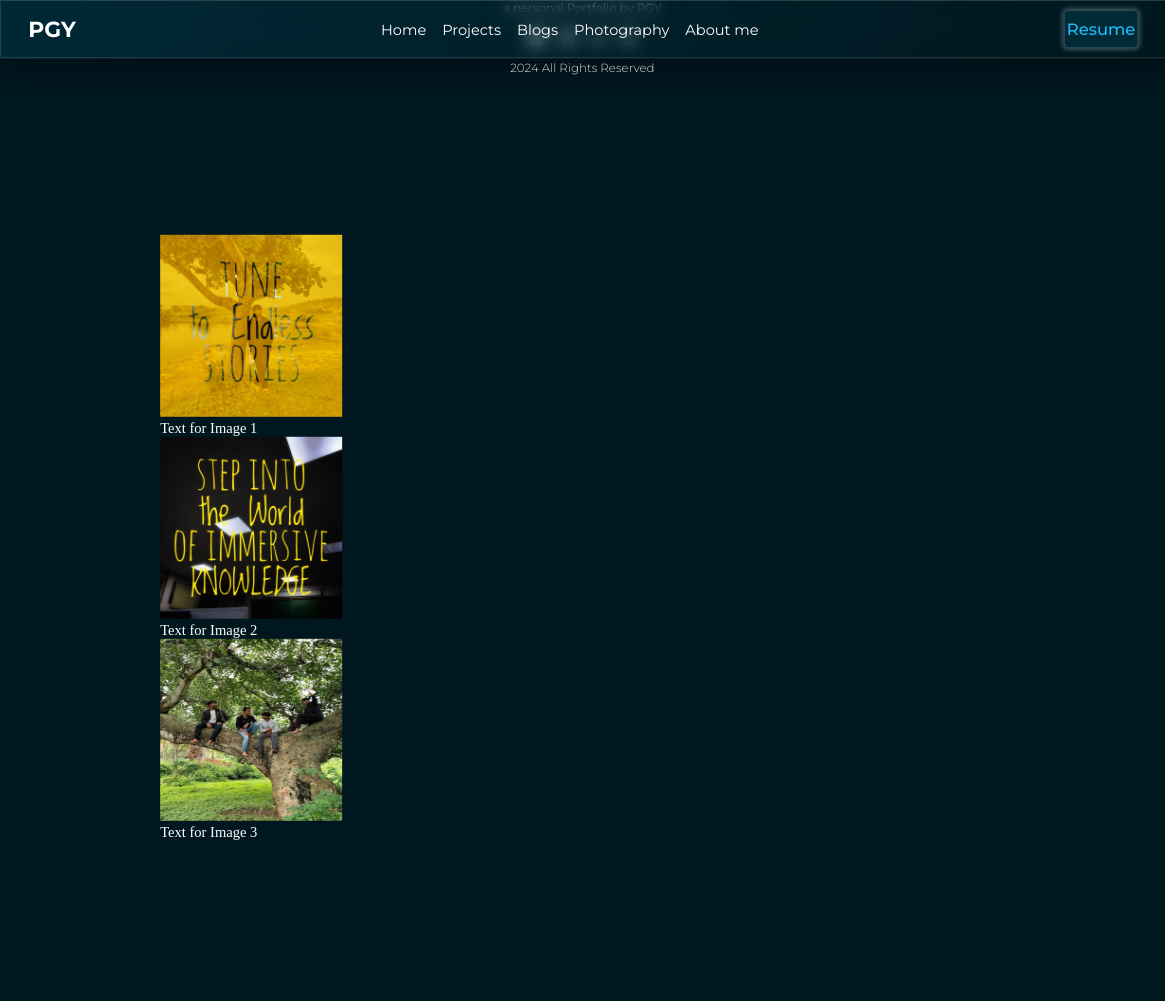
Repository: pgyunknown/pgyunknown
Page: photography.html
These files come from the project's save history. The page is drawn as it stood at one moment and after a run of saves; the edit follows.
The browser window is 1280 px wide. The pictures show the whole page, at 91% of full size.
Some web libraries are served in a nearby version.

Above is the page before, as saved 2024-08-22 10:54:05.

After the next 2 saves:
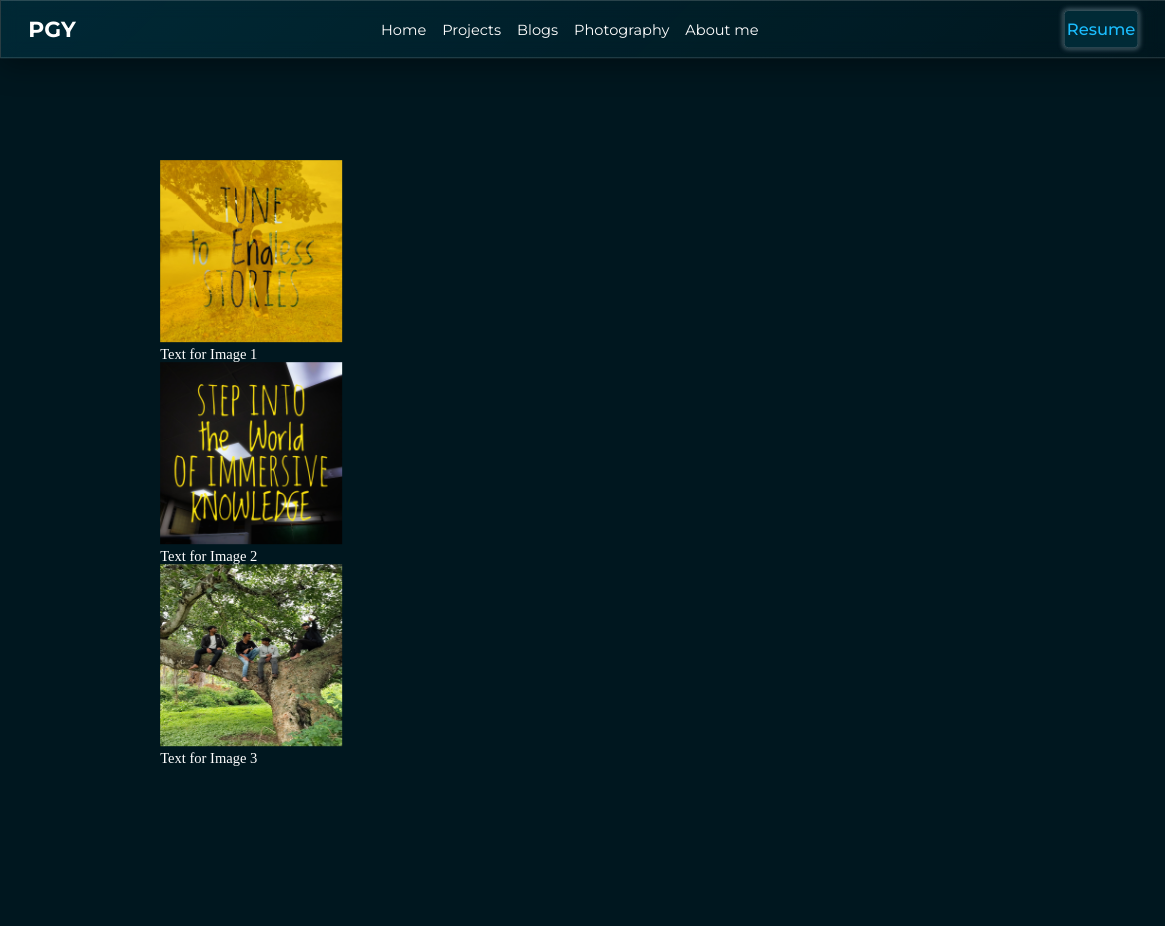
The 2 saves are shown as one change because they came seconds apart.
The last was saved 22 s later.
--- a/photography.html
+++ b/photography.html
@@ -29,17 +29,6 @@
                 <button onclick="alert('Resume yet to be uploaded')">Resume</button>
         </div>
     </header>
-<footer>
-        <div class="footer_port">a personal Portfolio by PGY</div>
-        <div class="footer_icons">
-            <a href="https://www.linkedin.com/in/p-gokul-yadav-82548a295?utm_source=share&utm_campaign=share_via&utm_content=profile&utm_medium=android_app" alt="Gokul's linkedin profile" target="_blank"><i class="fa-brands fa-linkedin"></i></a>
-            <a href="https://github.com/pgyunknown" alt="Gokul Github profile" target="_blank" alt="Gokul's Github profile" ><i class="fa-brands fa-github"></i></a>
-            <a href=" https://x.com/cody_hunk?t=EkARfGCWhhBT_BHbby4DGw&s=08 " target="_blank" alt="Gokul's X profile" ><i class="fa-brands fa-x" ></i></a>
-            <a href="#" target="_blank" alt="Gokul's fa-instagram profile" ><i class="fa-brands fa-instagram" ></i></a>
-        </div>
-        <div class="copyrights">2024 All Rights Reserved</div>
-    </footer>
-
 <main>
       <div class="Box">
         <div class="container">
